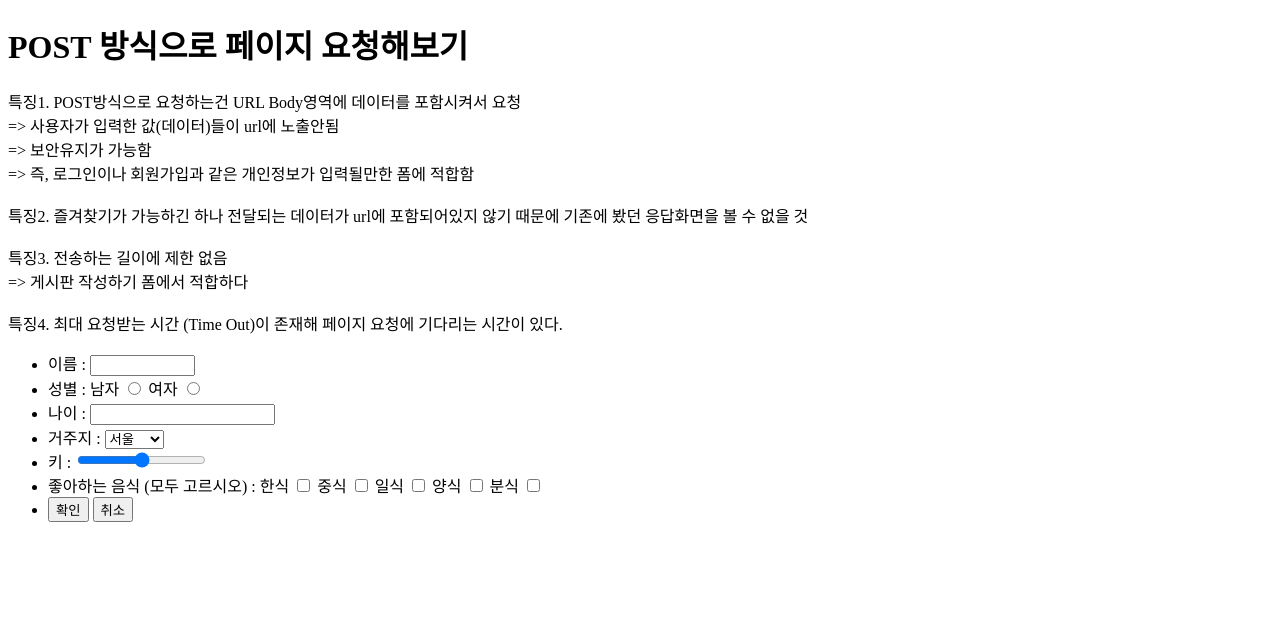
Repository: hyeye1/kh_webserverWorkspace
Page: 1_Servlet/WebContent/views/requestTest_POST.html
An editor plug-in stored every save of this project. The page is shown before and after the next save, followed by the edit.
The browser window is 1280 px wide. The pictures show the whole page.

Above is the page before, as saved 2021-03-25 04:40:02.

### 1_Servlet/WebContent/views/requestTest_POST.html
<!DOCTYPE html>
<html>
<head>
<meta charset="UTF-8">
<title>Insert title here</title>
</head>
<body>
	<h1>POST 방식으로 페이지 요청해보기</h1>
	<p>
		특징1. POST방식으로 요청하는건 URL Body영역에 데이터를 포함시켜서 요청 <br>
		=> 사용자가 입력한 값(데이터)들이 url에 노출안됨 <br>
		=> 보안유지가 가능함 <br>
		=> 즉, 로그인이나 회원가입과 같은 개인정보가 입력될만한 폼에 적합함 <br><br>

		특징2. 즐겨찾기가 가능하긴 하나 전달되는 데이터가 url에 포함되어있지 않기 때문에 기존에 봤던 응답화면을 볼 수 없을 것 <br><br>

		특징3. 전송하는 길이에 제한 없음<br>
		=> 게시판 작성하기 폼에서 적합하다 <br><br>

		특징4. 최대 요청받는 시간 (Time Out)이 존재해 페이지 요청에 기다리는 시간이 있다.
	</p>

	<form action="/1_Servlet/test2.do" method="GET">
		<ul>
			<li>이름 : <input type="text" name="name" size="10"></li>
			<li>
				성별 :
				남자 <input type="radio" name="gender" value="M">
				여자 <input type="radio" name="gender" value="F">
			</li>
			<li>나이 : <input type="number" name="age"></li>
			<li>
				거주지 :
				<select name="city">
					<option>서울</option>
					<option>경기도</option>
					<option>강원도</option>
					<option>충청도</option>
					<option>제주도</option>
					<option>경상도</option>
				</select>
			</li>
			<li>키 : <input type="range" name="height" min="140" max="200"></li>
			<li>
				좋아하는 음식 (모두 고르시오) :
				한식 <input type="checkbox" name="food" value="한식">
				중식 <input type="checkbox" name="food" value="중식">
				일식 <input type="checkbox" name="food" value="일식">
				양식 <input type="checkbox" name="food" value="양식">
				분식 <input type="checkbox" name="food" value="분식">
			</li>
			<li>
				<button type="submit">확인</button>
				<button type="reset">취소</button>
			</li>

		</ul>


	</form>
</body>
</html>

After the next save:
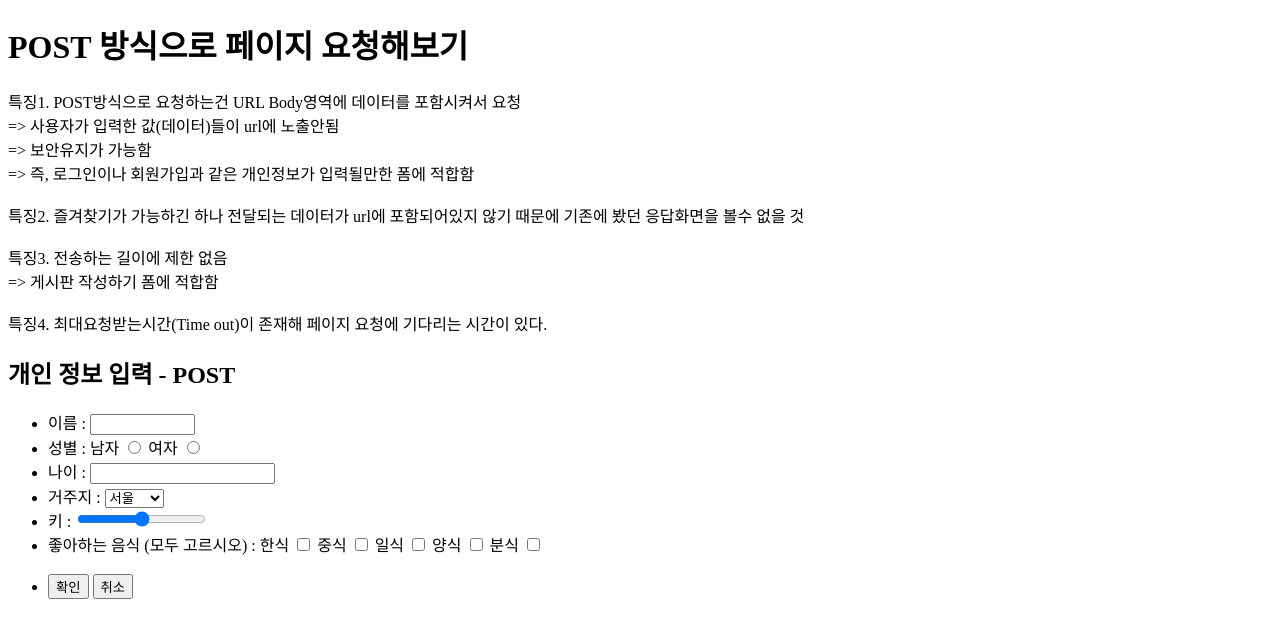
Saved 31 s later.
--- a/1_Servlet/WebContent/views/requestTest_POST.html
+++ b/1_Servlet/WebContent/views/requestTest_POST.html
@@ -6,21 +6,24 @@
 </head>
 <body>
 	<h1>POST 방식으로 페이지 요청해보기</h1>
+
 	<p>
 		특징1. POST방식으로 요청하는건 URL Body영역에 데이터를 포함시켜서 요청 <br>
 		=> 사용자가 입력한 값(데이터)들이 url에 노출안됨 <br>
 		=> 보안유지가 가능함 <br>
 		=> 즉, 로그인이나 회원가입과 같은 개인정보가 입력될만한 폼에 적합함 <br><br>
 
-		특징2. 즐겨찾기가 가능하긴 하나 전달되는 데이터가 url에 포함되어있지 않기 때문에 기존에 봤던 응답화면을 볼 수 없을 것 <br><br>
+		특징2. 즐겨찾기가 가능하긴 하나 전달되는 데이터가 url에 포함되어있지 않기 때문에 기존에 봤던 응답화면을 볼수 없을 것 <br><br>
 
-		특징3. 전송하는 길이에 제한 없음<br>
-		=> 게시판 작성하기 폼에서 적합하다 <br><br>
+		특징3. 전송하는 길이에 제한 없음 <br>
+		=> 게시판 작성하기 폼에 적합함 <br><br>
 
-		특징4. 최대 요청받는 시간 (Time Out)이 존재해 페이지 요청에 기다리는 시간이 있다.
+		특징4. 최대요청받는시간(Time out)이 존재해 페이지 요청에 기다리는 시간이 있다.
 	</p>
 
-	<form action="/1_Servlet/test2.do" method="GET">
+	<h2>개인 정보 입력 - POST</h2>
+
+	<form action="/1_Servlet/test2.do" method="POST">
 		<ul>
 			<li>이름 : <input type="text" name="name" size="10"></li>
 			<li>
@@ -49,14 +52,21 @@
 				양식 <input type="checkbox" name="food" value="양식">
 				분식 <input type="checkbox" name="food" value="분식">
 			</li>
+			<br>
 			<li>
-				<button type="submit">확인</button>
-				<button type="reset">취소</button>
+				<input type="submit" value="확인">
+				<input type="reset" value="취소">
 			</li>
-
 		</ul>
+	</form>
 
 
-	</form>
+
+
+
+
+
+
+
 </body>
 </html>
